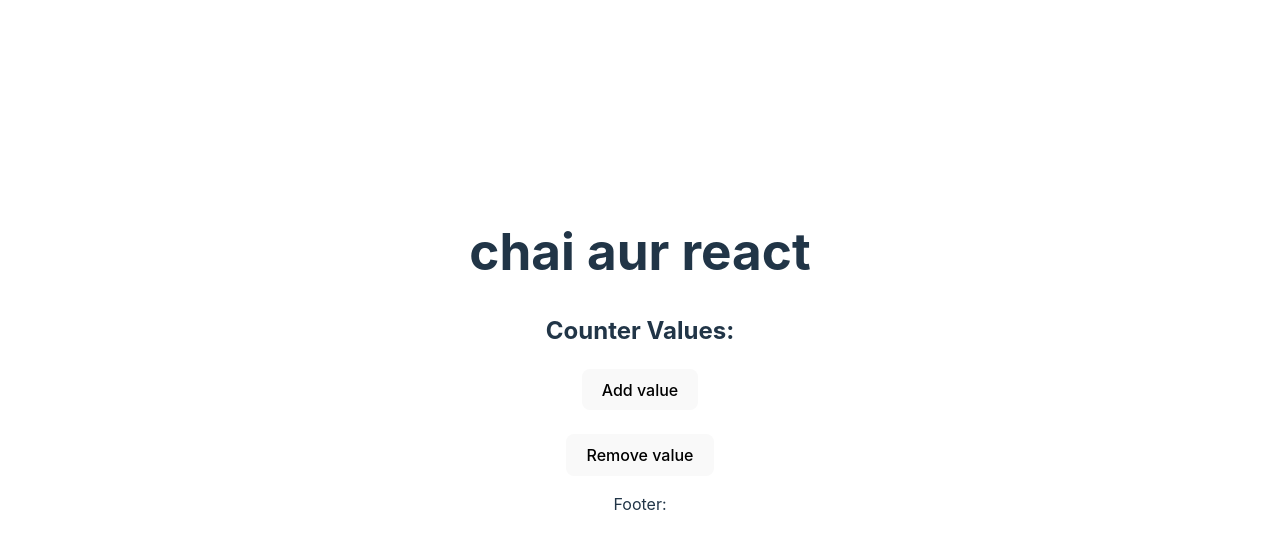
Repository: VishwaGoswami1407/React
Page: / (app in 02Counter/)
These files come from the project's save history. The page is drawn as it stood at one moment and after a run of saves; the edit follows.
The browser window is 1280 px wide. The pictures show the whole page.
The project was rebuilt for these pictures with package versions that can differ from the ones it lists, and the page was loaded fresh each time. Also part of the build but not shown: 02Counter/vite.config.js.

Above is the page before, as saved 2024-10-25 23:32:10.

### 02Counter/src/App.jsx
import './App.css';

function App() {

  let counter;
  const addValue = () => {

    counter += 1;
    console.log('Counter value after adding:', counter);
  }
  const removeValue = () => {
    counter -= 1;
    console.log('Counter value after removing:', counter);

  }
  return (
   <>
      <h1>chai aur react</h1>
      <h2>Counter Values: {counter}</h2>

      <button onClick={addValue}>Add value{counter}</button>
      <br />
      <br />
      <button onClick={removeValue}>Remove value{counter}</button>
      <p>Footer: {counter}</p>
   </>
  )
}

export default App

Loaded but not shown: 02Counter/index.html (common file); 02Counter/src/main.jsx (common file); 02Counter/src/index.css (common file); 02Counter/src/App.css (common file)

After the next 3 saves:
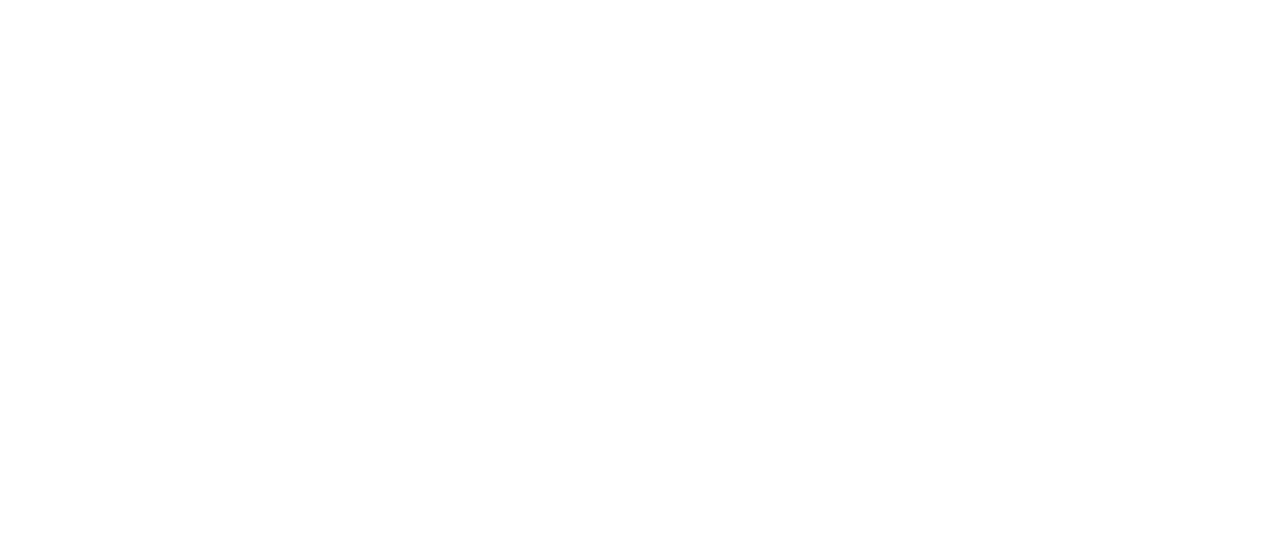
Console error: ReferenceError: use is not defined
The 3 saves are shown as one change because they came seconds apart.
The last was saved 6 min 0 s later.
--- a/02Counter/src/App.jsx
+++ b/02Counter/src/App.jsx
@@ -1,6 +1,9 @@
 import './App.css';
 
 function App() {
+
+  use
+
 
   let counter;
   const addValue = () => {

After the 4 saves that followed:
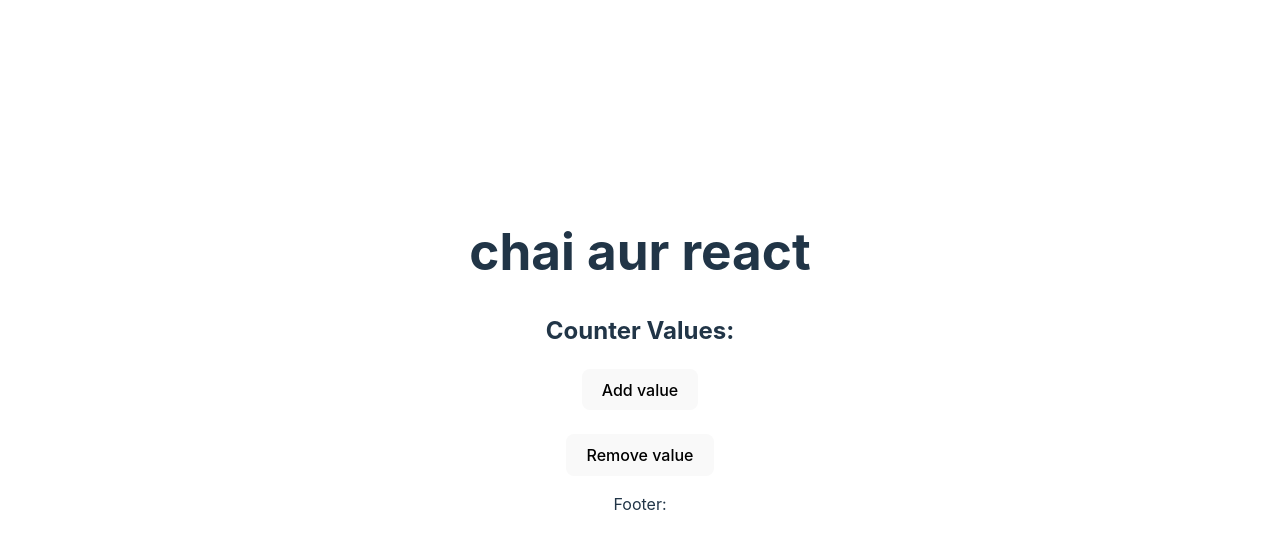
The error is gone.
The 4 saves are shown as one change because they came seconds apart.
The last was saved 12 s later.
--- a/02Counter/src/App.jsx
+++ b/02Counter/src/App.jsx
@@ -1,8 +1,9 @@
+import { useState } from 'react';
 import './App.css';
 
 function App() {
 
-  use
+  useState
 
 
   let counter;
